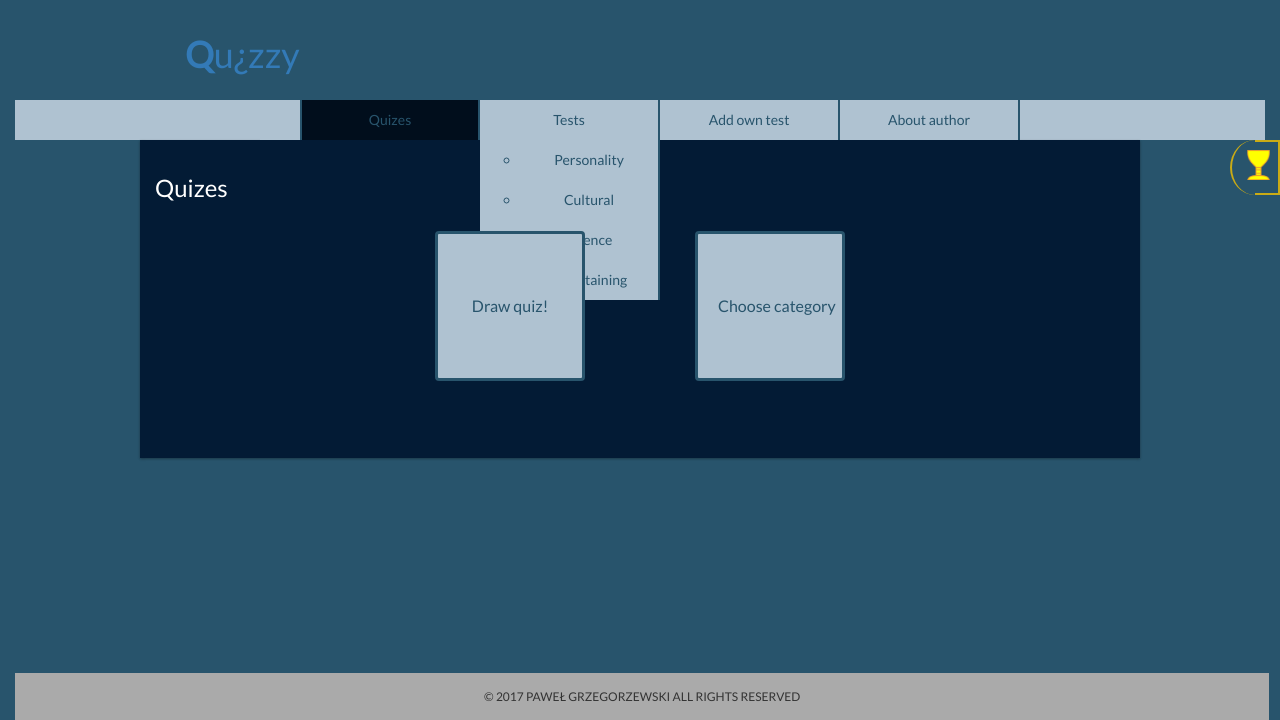
Repository: pgrzegorzewski/quiz
Page: http://localhost/app/quiz.php
The author's editor kept a copy of each file at every save. The page is drawn from the files as they stood at one save, then again after the next save.
The browser window is 1280 px wide. The pictures show the whole page.
The pointer rests on the first visible `ol > li`.
Some web libraries are served in a nearby version. The page is run by PHP 8.4 with error messages shown; the project is at /var/www/html/.

Above is the page before, as saved 2017-04-21 21:11:54.

After the next save:
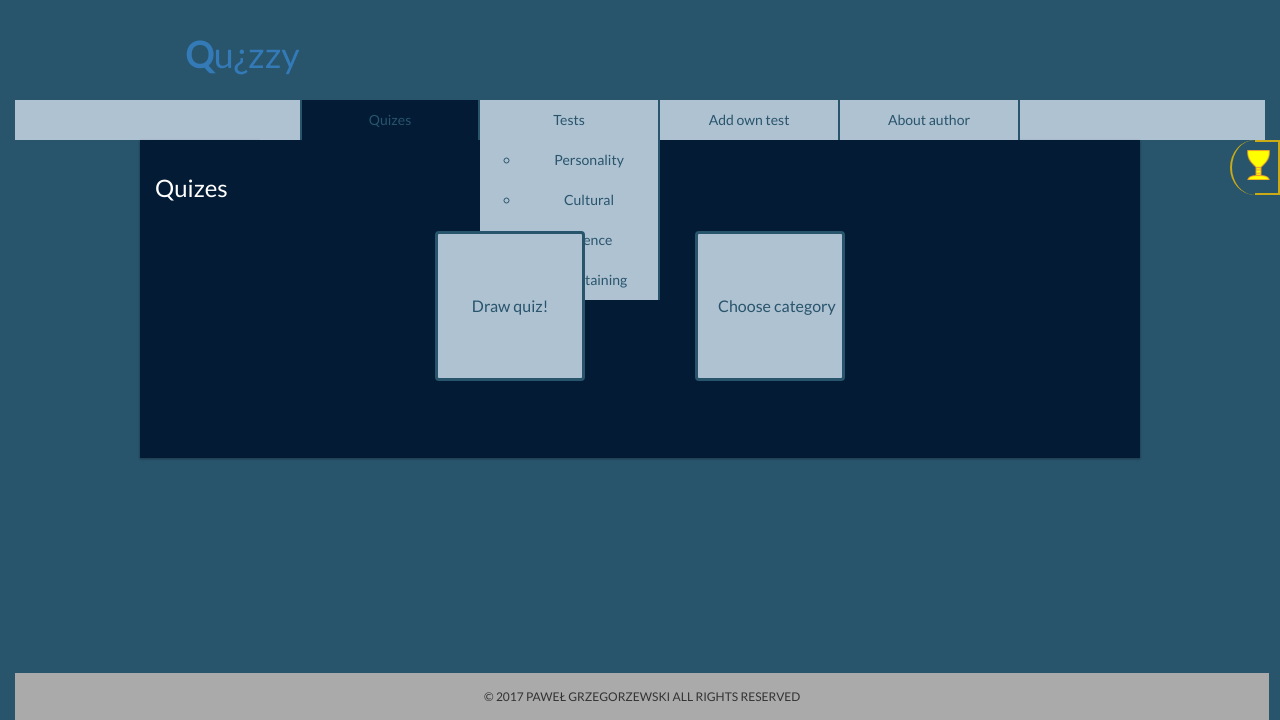
Saved 31 s later.
--- a/htdocs/app/learningapp/css/index.css
+++ b/htdocs/app/learningapp/css/index.css
@@ -152,8 +152,7 @@ ol > li
 
 ol > li:hover
 {
-	background-color:#010E1C;
-	color:white;
+	background-color:#031B35;
 }
 
 ol > li a:hover
